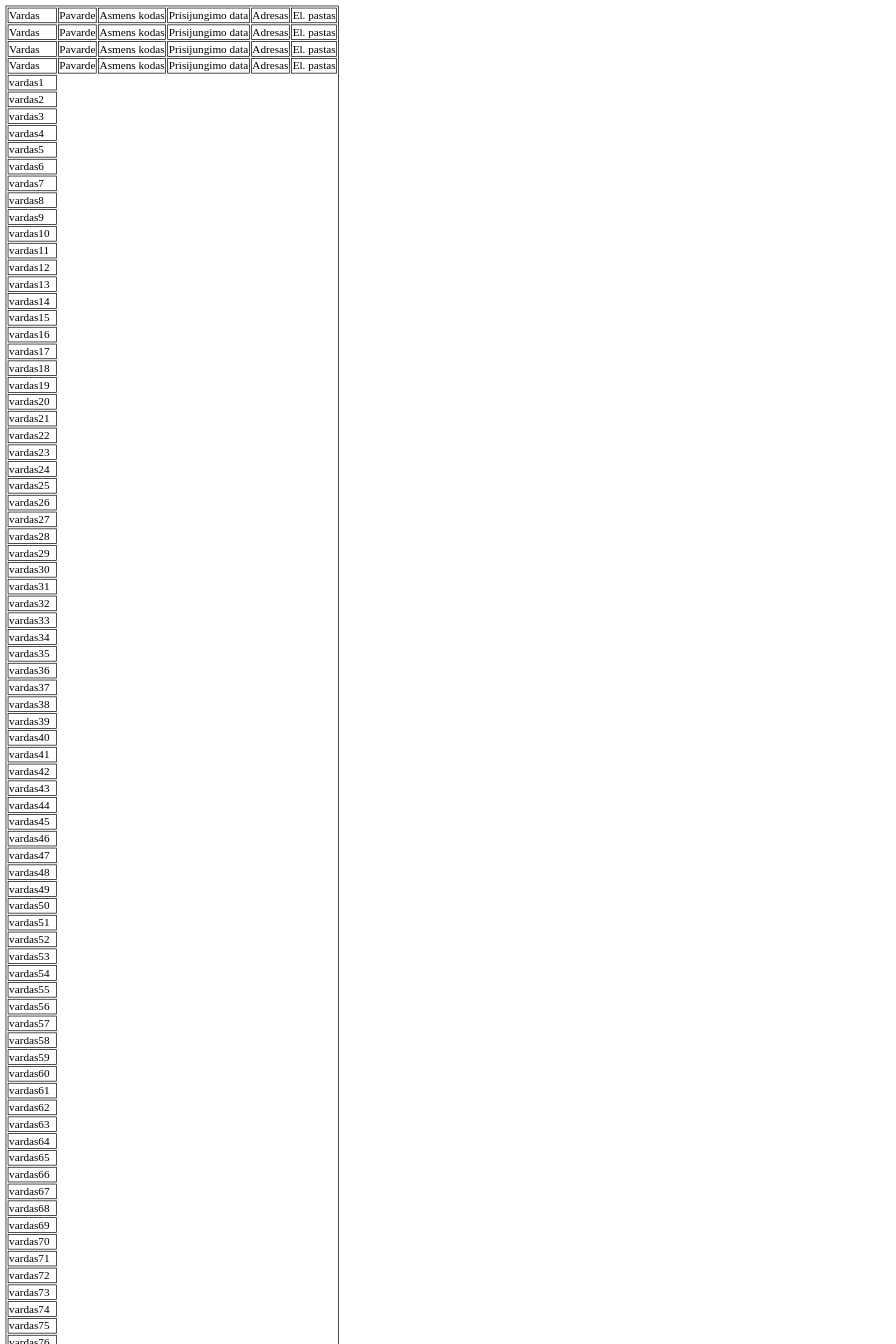
Repository: motiejus1/29-paskaita-05.31
Page: index.html
An editor plug-in stored every save of this project. The page is shown before and after the next save, followed by the edit.
The browser window is 1280 px wide. The pictures show the part of the page from y = 0 to 1920 px (the page is 4916 px tall), at 70% of full size.

Above is the page before, as saved 2021-07-21 18:40:21.

After the next save:
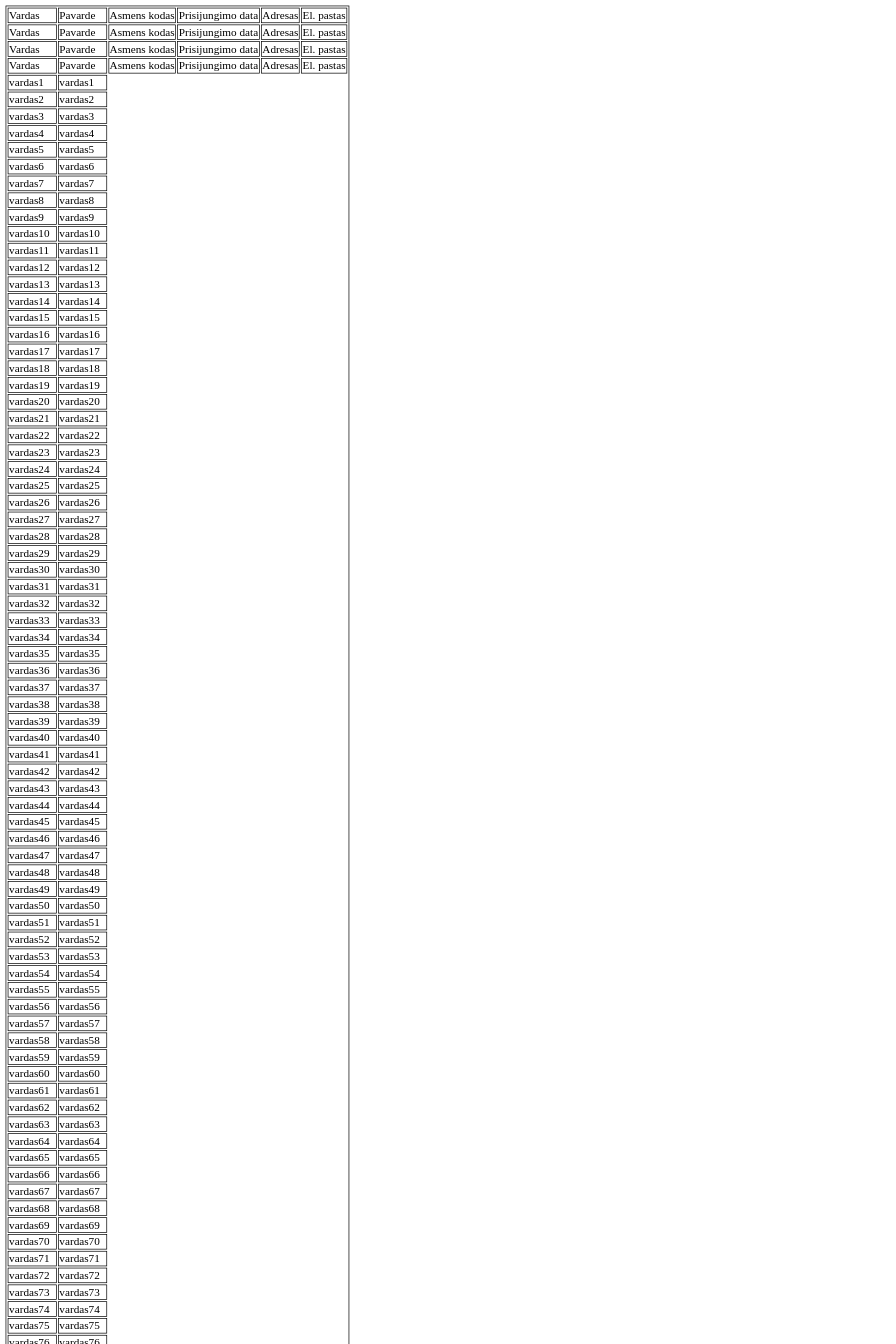
Saved 6 s later.
--- a/index.html
+++ b/index.html
@@ -108,6 +108,11 @@
         vardas.innerText = klientuMasyvas[i].vardas;
         eilute.append(vardas);
 
+        //Vardo atvaizdavimas
+        var vardas = document.createElement("td");
+        vardas.innerText = klientuMasyvas[i].vardas;
+        eilute.append(vardas);
+
         isvedimoElementas.append(eilute);
     }
 

After the 2 saves that followed:
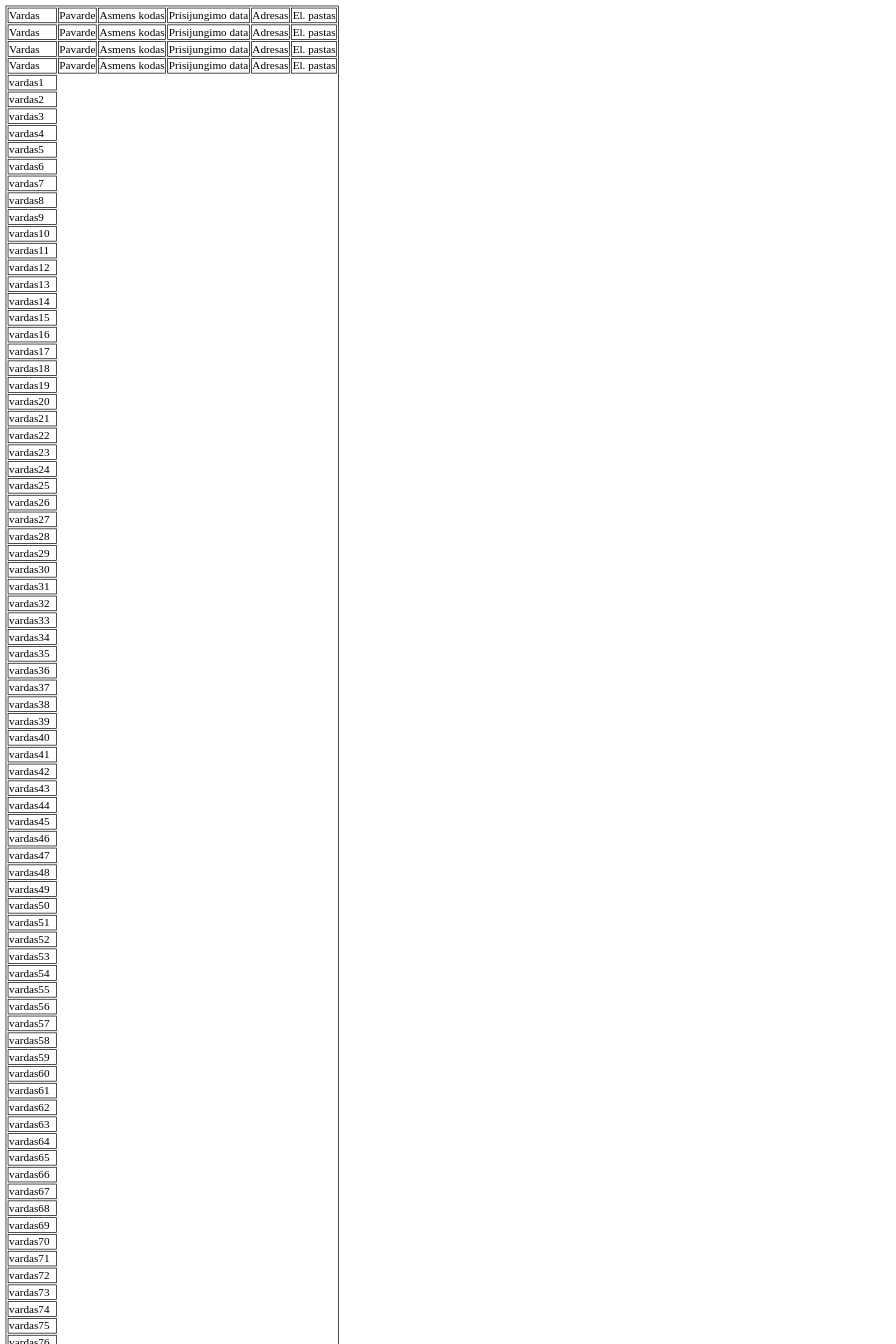
The 2 saves are shown as one change because they came seconds apart.
The last was saved 9 s later.
--- a/index.html
+++ b/index.html
@@ -108,8 +108,8 @@
         vardas.innerText = klientuMasyvas[i].vardas;
         eilute.append(vardas);
 
-        //Vardo atvaizdavimas
-        var vardas = document.createElement("td");
+        //Pavarde atvaizdavimas
+        var pavarde = document.createElement("td");
         vardas.innerText = klientuMasyvas[i].vardas;
         eilute.append(vardas);
 
